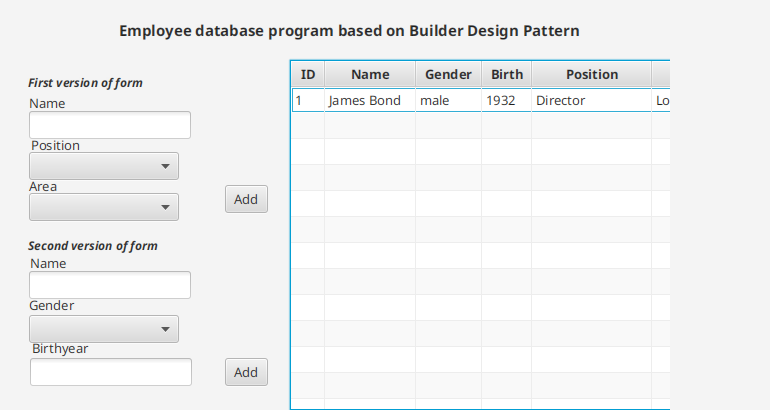
Repository: DanielCsonka987/JavaPrograms_programPatterns
Program's window: java OOP_ProgPat_Builder/src/application/Main.java
The author's editor kept a copy of each file at every save. The program's window is drawn from the files as they stood at one save, then again after the next save.
It runs on Java 21 on a 1366 x 768 screen with JavaFX 11; the title bar is not drawn.

Above is the program's window before, as saved 2019-10-21 13:15:00.

After the next save:
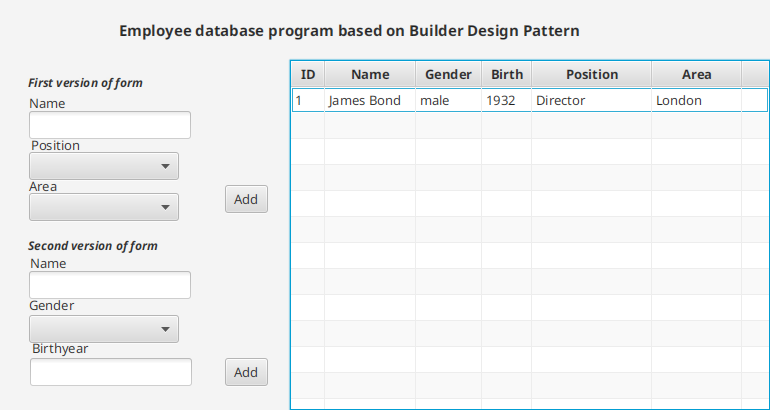
Saved 14 s later.
--- a/OOP_ProgPat_Builder/src/application/Main.java
+++ b/OOP_ProgPat_Builder/src/application/Main.java
@@ -12,7 +12,7 @@
 	public void start(Stage primaryStage) {
 		try {
 			BorderPane root = (BorderPane)FXMLLoader.load(getClass().getResource("MainWindow.fxml"));
-			Scene scene = new Scene(root,670,410);
+			Scene scene = new Scene(root,770,410);
 			scene.getStylesheets().add(getClass().getResource("application.css").toExternalForm());
 			primaryStage.setScene(scene);
 			primaryStage.show();
